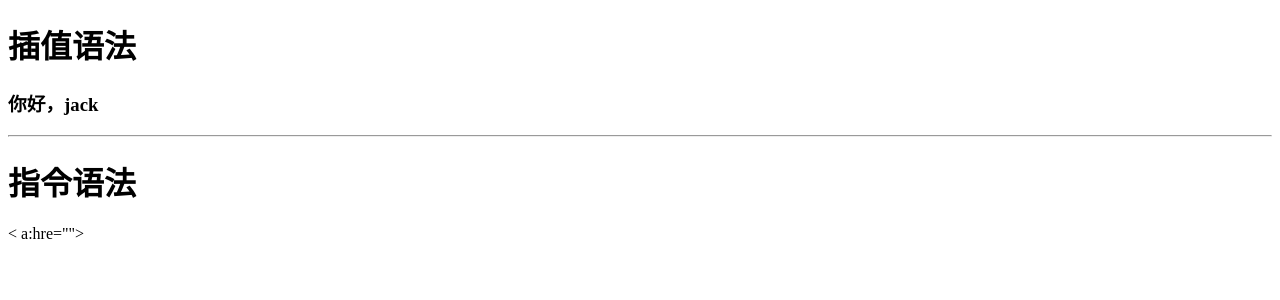
Repository: Lconfident/Learning_Process
Page: Vue/vue_basic/02_Vue模板语法/模板语法.html
An editor plug-in stored every save of this project. The page is shown before and after a run of saves, followed by the edit.
The browser window is 1280 px wide. The pictures show the whole page.

Above is the page before, as saved 2023-07-16 08:56:24.

### Vue/vue_basic/02_Vue模板语法/模板语法.html
<!DOCTYPE html>
<html lang="en">

<head>
    <meta charset="UTF-8">
    <meta name="viewport" content="width=device-width, initial-scale=1.0">
    <title>模板语法</title>
    <!-- 引入Vue -->
    <script type="text/javascript" src="../../js/vue.js"></script>
</head>

<body>
    <!-- 准备好一个容器 -->
    <div id="root">
        <h1>插值语法</h1>
        <h3>你好，{{name}}</h3>

        <hr>

        <h1>指令语法</h1>
        <a:hre</a:hre>
    </div>

    <script type="text/javascript">
        new Vue({
            el:'#root',
            data:{
                name:'jack'
            }
        })
    </script>
</body>

</html>

Loaded but not shown: Vue/js/vue.js (library)

After the next 5 saves:
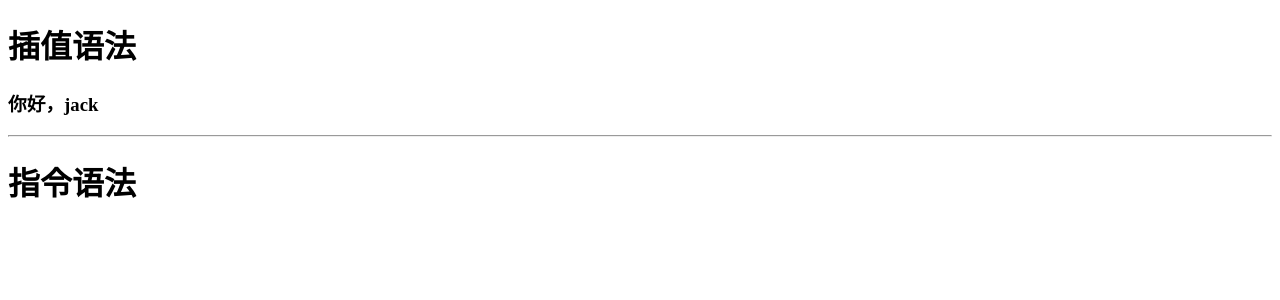
The 5 saves are shown as one change because they came seconds apart.
The last was saved 9 s later.
--- a/Vue/vue_basic/02_Vue模板语法/模板语法.html
+++ b/Vue/vue_basic/02_Vue模板语法/模板语法.html
@@ -18,7 +18,7 @@
         <hr>
 
         <h1>指令语法</h1>
-        <a:hre</a:hre>
+        <a href="http://"></a>
     </div>
 
     <script type="text/javascript">
